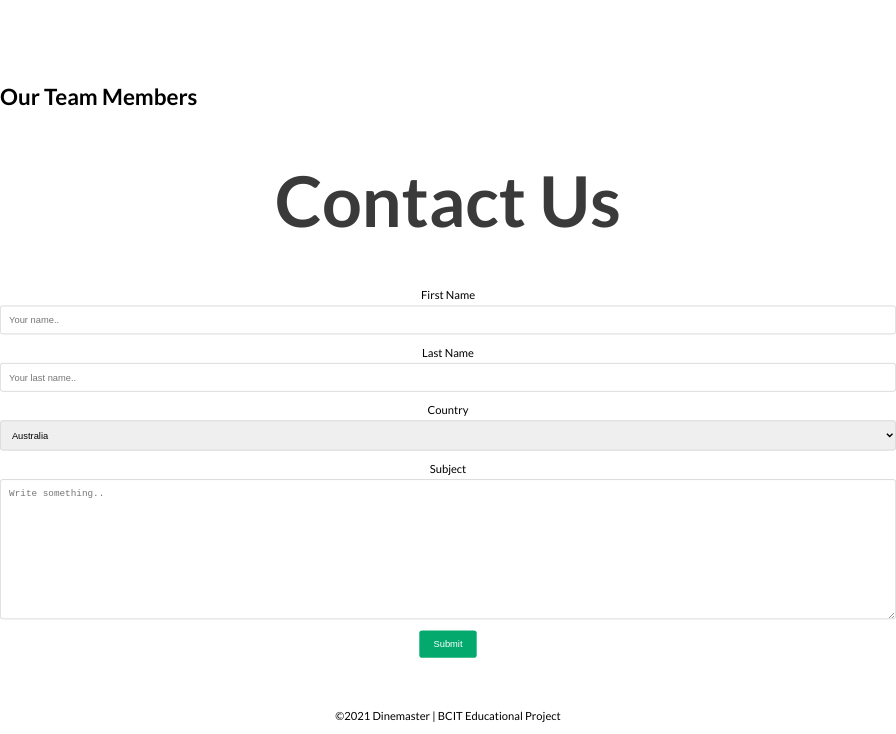
Repository: leahma1208/dinemaster
Page: index.html
These files come from the project's save history. The page is drawn as it stood at one moment and after the next save; the edit follows.
The browser window is 1280 px wide. The pictures show the part of the page from y = 4121 to 6041 px (the page is 5169 px tall before and 6383 px after), at 70% of full size.
A picture or video elsewhere on the page could not be fetched, so the positions and the page height are approximate.

Above is the page before, as saved 2021-05-07 12:20:22.

After the next save:
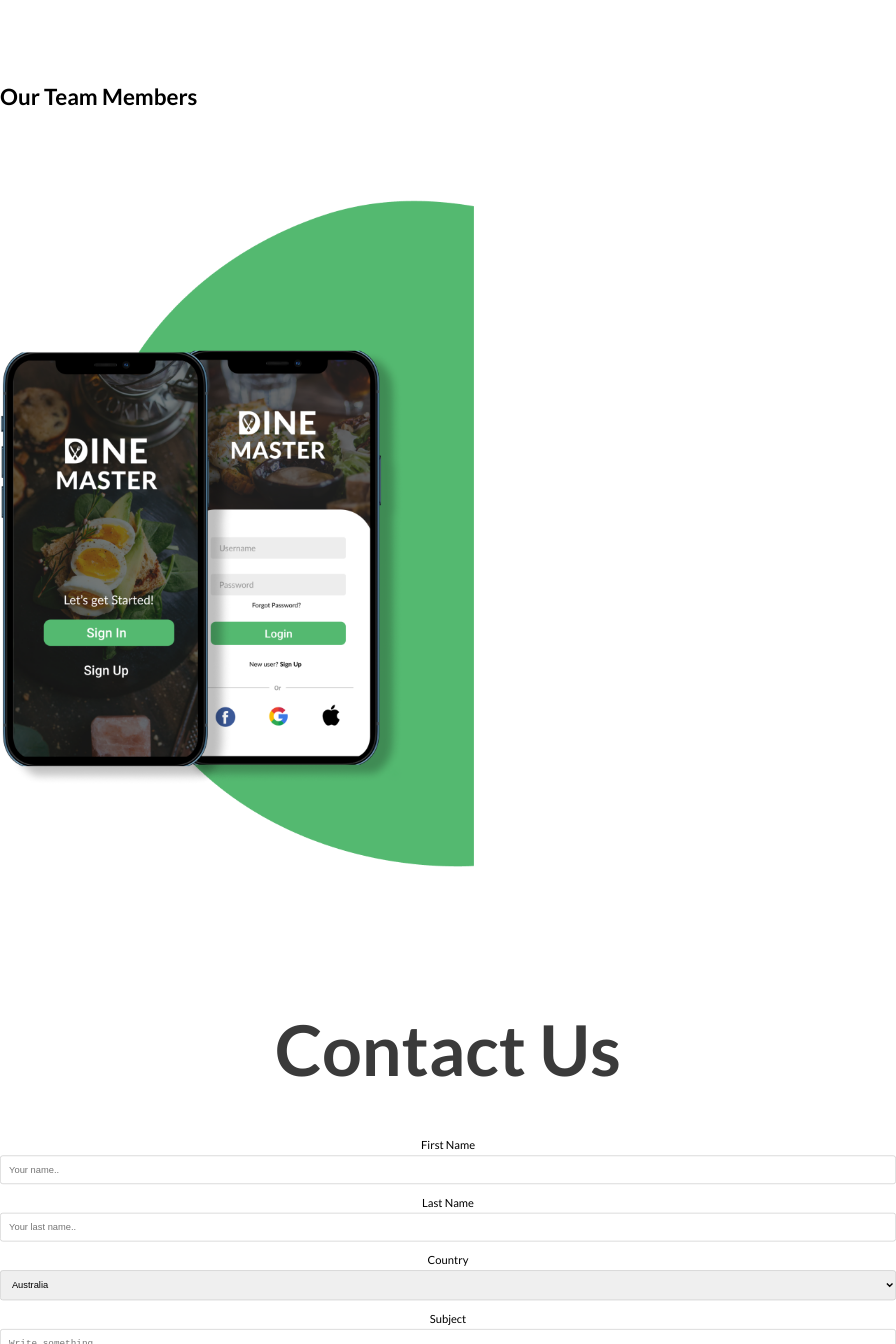
Saved 11 s later.
--- a/index.html
+++ b/index.html
@@ -91,7 +91,7 @@
         <div>
             <h1>Our Team Members</h1>
             <div class="img1">
-
+                <img src="/img/Aboutus.png" alt="aboutus">
             </div>
             <div class="img2">
 
